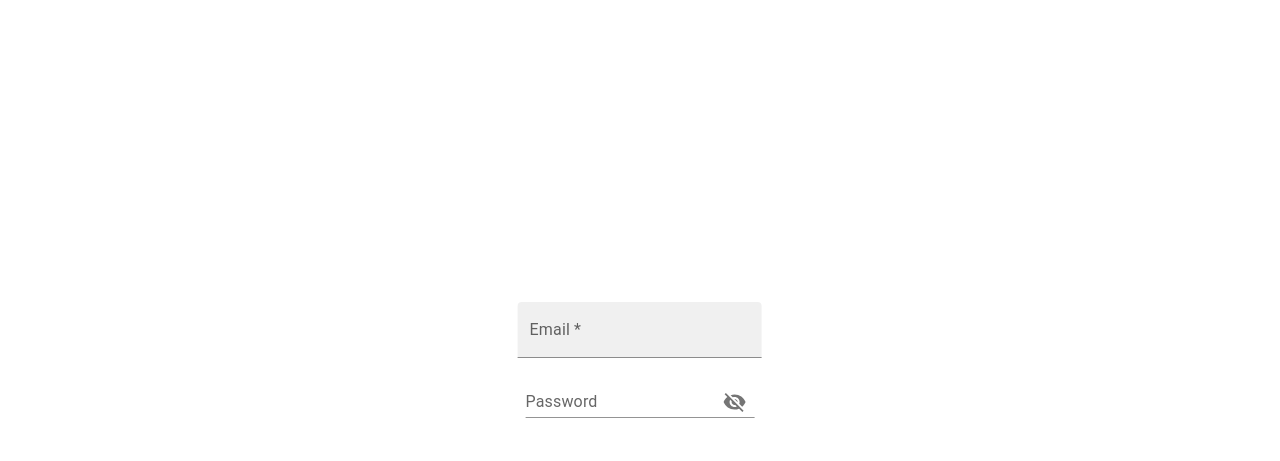
Repository: satya-ranjon/Instagram-clone-dev
Page: /login
An editor plug-in stored every save of this project. The page is shown before and after the next save, followed by the edit.
The browser window is 1280 px wide. The pictures show the whole page.
The project was rebuilt for these pictures with package versions that can differ from the ones it lists, and the page was loaded fresh each time. Also part of the build but not shown: src/components/PostDetiels/PostDetielPost.jsx, src/components/PostDetiels/PostDetielsHader.jsx, src/components/PostDetiels/SingleComment.jsx, src/components/PostDetiels/CommentDetiels.jsx, src/components/PostDetiels/Comment.jsx, src/components/PostDetiels/PostDitelsFooter.jsx, src/components/PostDetiels/PostDetielsContainer.jsx, src/components/Expolor/ExpolorPost.jsx and 37 more.

Above is the page before, as saved 2022-04-25 17:09:12.

After the next save:
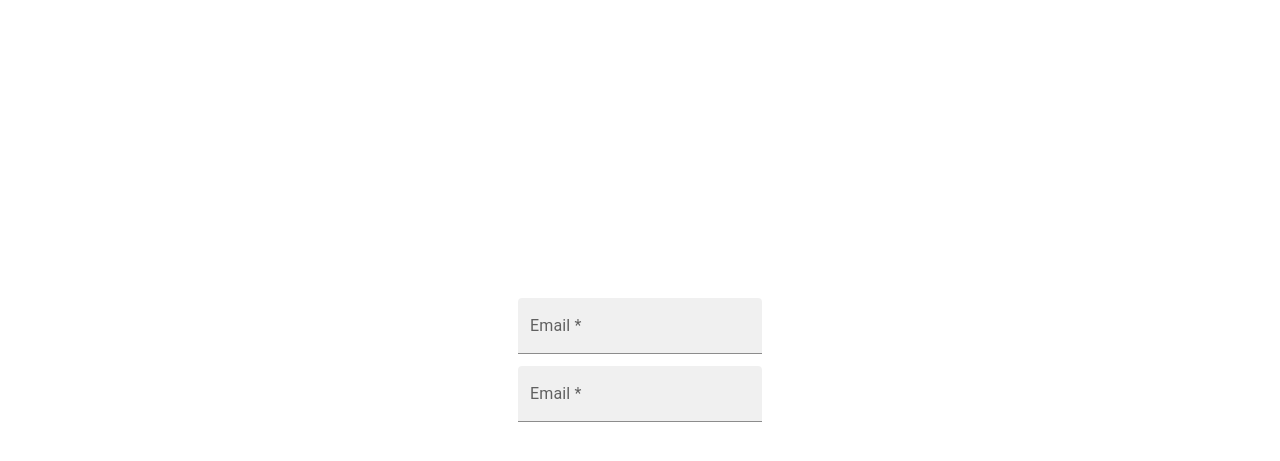
Saved 25 s later.
--- a/src/components/Login.jsx
+++ b/src/components/Login.jsx
@@ -20,22 +20,7 @@ export default function Login() {
           <form className=" space-y-3">
             <TextField id="filled-basic" label="Email *" variant="filled" />
             <br />
-            <FormControl sx={{ m: 1, width: "25ch" }} variant="standard">
-              <InputLabel htmlFor="standard-adornment-password">
-                Password
-              </InputLabel>
-              <Input
-                id="standard-adornment-password"
-                type={true ? "text" : "password"}
-                endAdornment={
-                  <InputAdornment position="end">
-                    <IconButton aria-label="toggle password visibility">
-                      {true ? <VisibilityOff /> : <Visibility />}
-                    </IconButton>
-                  </InputAdornment>
-                }
-              />
-            </FormControl>
+            <TextField id="filled-basic" label="Email *" variant="filled" />
           </form>
         </div>
       </div>
